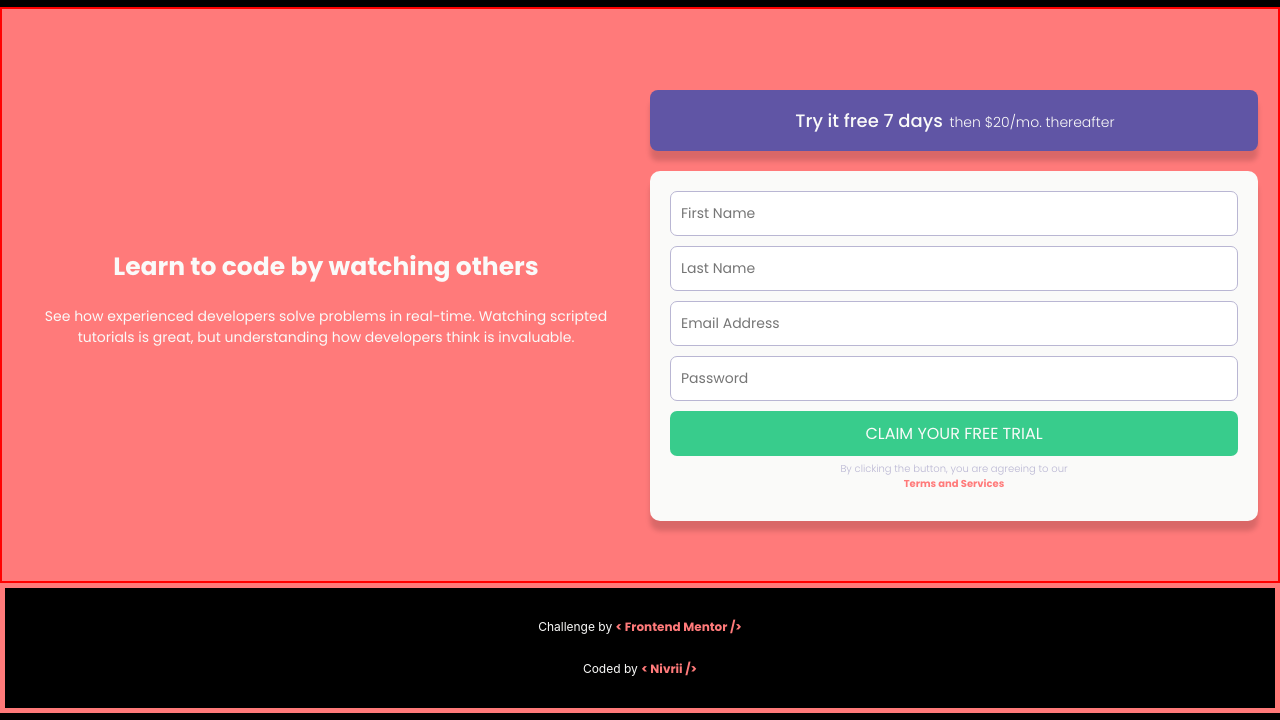
Repository: nivrii/intro-component-with-signup
Page: /
These files come from the project's save history. The page is drawn as it stood at one moment and after the next save; the edit follows.
The browser window is 1280 px wide. The pictures show the whole page.
The project was rebuilt for these pictures with package versions that can differ from the ones it lists, and the page was loaded fresh each time. Also part of the build but not shown: vite.config.js.

Above is the page before, as saved 2023-10-20 20:53:49.

### src/App.jsx
import Container from "./Container/Container";
import { Footer } from "./Footer/Footer";

import "./App.css";
import { useState } from "react";

function App() {
  const [userArray, setUserArray] = useState({});
  return (
    <div className="UI">
      <Container userArray={userArray} setUserArray={setUserArray} />
      <Footer />
    </div>
  );
}

export default App;

### src/Container/Container.jsx
/* eslint-disable react/prop-types */
import { Form } from "./Form/Form";
import { Card } from "./Card/Card";
import { Content } from "./Content/Content";

const Container = (props) => {
  const { userArray, setUserArray } = props;
  return (
    <div className="container">
      <Content />
      <div className="media__container">
        <Card />
        <Form userArray={userArray} setUserArray={setUserArray} />
      </div>
    </div>
  );
};
export default Container;

### src/Footer/Footer.jsx
import "./Footer.css";
export function Footer() {
  const frontend = '< Frontend Mentor />';
  const coder = "< Nivrii />";
  return (
    <footer>
      <p className="attribution">
        Challenge by{" "}
        <a
          href="https://www.frontendmentor.io?ref=challenge"
          target="_blank"
          rel="noreferrer"
        >
          {frontend}
        </a>
        </p>
        <p className="attribution">
         Coded by{" "}
        <a href="https://github.com/nivrii/intro-component-with-signup">
          {coder}
        </a>
      </p>
    </footer>
  );
}

### src/App.css
* {
  box-sizing: border-box;
  border: 0;
  padding: 0;
}
:root {
  /*Primary colors*/
  --red: hsl(0, 100%, 74%);
  --green: hsl(154, 59%, 51%);
  /*Accent colors*/
  --blue: hsl(248, 32%, 49%);
  --white: #fafaf9;
  /*Neutral colors*/
  --dark-blue: hsl(249, 10%, 26%);
  --grayish-blue: hsl(246, 25%, 77%);
  /*typography*/
  --fSize: 14px;
  --w4: 400;
  --w5: 500;
  --w6: 600;
  --w7: 700;
}
@font-face {
  font-family: "Poppins-bold";
  src: url(./assets/Fonts/poppins/Poppins-Bold.otf) format("opentype");
}
@font-face {
  font-family: "Poppins-regular";
  src: url(./assets/Fonts/poppins/Poppins-Regular.otf) format("opentype");
}
@font-face {
  font-family: "Poppins-medium";
  src: url(./assets/Fonts/poppins/Poppins-Medium.otf) format("opentype");
}
@font-face {
  font-family: "Poppins-light";
  src: url(./assets/Fonts/poppins/Poppins-Light.otf) format("opentype");
}
body {
  background-color: #000;
}
.UI {
  display: flex;
  flex-direction: column;
}
.container {
  display: flex;
  flex-direction: column;
  align-items: center;
  justify-content: center;
  width: 100%;
  min-height: 80vh;
  background-color: var(--red);
  padding: 50px 20px 70px;
  margin: 0;
  border: 1px solid var(--red);
}
.close {
  display: none;
}
@media screen and (min-width: 768px) {
  .container {
    display: grid;
    grid-template-columns: repeat(2, 1fr);
    padding: 20px;
    gap: 20px;
    border:2px solid red;
  }
}

### src/Container/Form/Form.jsx
/* eslint-disable no-useless-escape */
/* eslint-disable react/prop-types */
import "./Form.css";
import Success from "./Success/Success";
import { useEffect, useState } from "react";
import errorIcon from "../../../public/images/icon-error.svg";

export function Form({ userArray, setUserArray }) {
  const [fName, setFName] = useState("");
  const [lName, setLName] = useState("");
  const [email, setEmail] = useState("");
  const [password, setPassword] = useState("");

  const [fNameEmpty, setFNameEmpty] = useState(false);
  const [lNameEmpty, setLNameEmpty] = useState(false);
  const [emailEmpty, setEmailEmpty] = useState(false);
  const [emailPass, setEmailPass] = useState(false);
  const [passEmpty, setPassEmpty] = useState(false);

  const handleFirstName = (e) => {
    e.preventDefault();
    let value = e.target.value;
    value === "" ? setFNameEmpty(true) : setFNameEmpty(false);
    setFName(value);
  };
  const handleLastName = (e) => {
    e.preventDefault();
    let value = e.target.value;
    value === "" ? setLNameEmpty(true) : setLNameEmpty(false);
    setLName(value);
  };
  const handleEmail = (e) => {
    e.preventDefault();
    let value = e.target.value.trim();
    if (value === "") {
      document.querySelector(".email-input").classList.add("input-error");
      setEmailEmpty(true);
    } else {
      setEmailEmpty(false);
    }
    const regex = /^[a-zA-Z0-9._%+-]+@[a-zA-Z0-9-]+\.[a-zA-Z]{2,6}$/;
    if (!email.match(regex)) {
      document.querySelector(".email-input").classList.add("input-error");
      document.querySelector(".miss-email").classList.remove("close");
      document.querySelector(".miss-email").classList.add("err");
      setEmailPass(false);
    } else {
      document.querySelector(".email-input").classList.remove("input-error");
      document.querySelector(".miss-email").classList.add("close");
      document.querySelector(".miss-email").classList.remove("err");
      setEmailPass(true);
    }
    setEmail(value);
  };

  const handlePassword = (e) => {
    e.preventDefault();
    let value = e.target.value;
    value === "" ? setPassEmpty(true) : setPassEmpty(false);
    setPassword(value);
  };
  const handleSubmit = (e) => {
    e.preventDefault();
    if (fName === "") {
      setFNameEmpty(true);
      document.querySelector(".fName-input").classList.add("input-error");
      return;
    }
    if (lName === "") {
      setLNameEmpty(true);
      document.querySelector(".lName-input").classList.add("input-error");
      return;
    }
    if (email === "") {
      setEmailEmpty(true);
      document.querySelector(".email-input").classList.add("input-error");
      return;
    }
    if (!emailPass) {
      document.querySelector(".email-input").classList.add("input-error");
      setEmailEmpty(false);
      return;
    }
    if (password === "") {
      setPassEmpty(true);
      document.querySelector(".password-input").classList.add("input-error");
      return;
    } else {
      setEmailPass(true);
      setUserArray({
        fName: fName,
        lName: lName,
        email: email,
      });
      setFName("");
      setEmail("");
      setLName("");
      setPassword("");
      document.querySelector("form").classList.add("close");
      document.querySelector(".card__content").classList.add("close");
      document.querySelector(".content").classList.add("close");
      document.querySelector(".success").classList.remove("close");
    }
  };
  useEffect(() => {
    console.log(userArray);
  }, [userArray]);

  return (
    <>
      <form
        action="submit"
        className="form"
        onSubmit={(e) => e.preventDefault()}
      >
        <div className="input-enclose">
          {fNameEmpty && (
            <img src={errorIcon} alt="error-icon" className="error-icon" />
          )}
          <input
            type="text"
            placeholder="First Name"
            value={fName}
            name={fName}
            className="input fName-input"
            onChange={(e) => handleFirstName(e)}
            onKeyDown={() =>
              document
                .querySelector(".fName-input")
                .classList.remove("input-error")
            }
          />
          <div className="err-enclose">
            {fNameEmpty && (
              <div className=" err err-fName">First Name Cannot Be Empty</div>
            )}
          </div>
        </div>

        <div className="input-enclose">
          {lNameEmpty && (
            <img src={errorIcon} alt="error-icon" className="error-icon" />
          )}
          <input
            type="text"
            placeholder="Last Name"
            value={lName}
            name={lName}
            className="input lName-input"
            onChange={(e) => handleLastName(e)}
            onKeyDown={() =>
              document
                .querySelector(".lName-input")
                .classList.remove("input-error")
            }
          />
          <div className="err-enclose">
            {lNameEmpty && (
              <div className=" err err-lName">Last Name Cannot Be Empty</div>
            )}
          </div>
        </div>

        <div className="input-enclose">
          {emailEmpty && (
            <img src={errorIcon} alt="error-icon" className="error-icon" />
          )}

          <input
            type="email"
            placeholder="Email Address"
            value={email}
            name={email}
            className="input email-input"
            onChange={(e) => handleEmail(e)}
            onKeyDown={() => {
              document
                .querySelector(".email-input")
                .classList.remove("input-error");
              document.querySelector(".miss-email").classList.add("close");
            }}
          />
          <div className="err-enclose">
            {emailEmpty && (
              <div className="err err-email">Email Cannot Be Empty</div>
            )}
            <div className="miss-email close">
              That does not look like an email
            </div>
          </div>
        </div>

        <div className="input-enclose">
          {passEmpty && (
            <img src={errorIcon} alt="error-icon" className="error-icon" />
          )}
          <input
            type="password"
            placeholder="Password"
            value={password}
            name={password}
            className="input password-input"
            onChange={(e) => handlePassword(e)}
            onKeyDown={() =>
              document
                .querySelector(".password-input")
                .classList.remove("input-error")
            }
          />
          <div className="err-enclose">
            {passEmpty && (
              <div className="  err err-password">Password Cannot Be Empty</div>
            )}
          </div>
        </div>

        <button type="submit" className="btn" onClick={(e) => handleSubmit(e)}>
          Claim your free trial
        </button>
        <div className="pWrap">
          <p>By clicking the button, you are agreeing to our</p>
          <p>Terms and Services</p>
        </div>
      </form>
      <Success userArray={userArray} />
    </>
  );
}

### src/Container/Card/Card.jsx
import "./Card.css";
export function Card() {
  return (
      <div className="card__content">
        <p><span>Try it free 7 days </span>
        then $20/mo. thereafter</p>
      </div>
  );
}

### src/Container/Content/Content.jsx
import "./Content.css";
export function Content() {
  return (
    <div className="content">
      <h4>Learn to code by watching others</h4>
      <p>
        See how experienced developers solve problems in real-time. Watching
        scripted tutorials is great, but understanding how developers think is
        invaluable.
      </p>
    </div>
  );
}

### src/Footer/Footer.css
@import url(../App.css);

footer {
  display: flex;
  flex-direction: column;
  align-items: center;
  justify-content: center;
  width: 100%;
  height: 18vh;
  background-color: #000;
  padding: 5px;
  border: 5px solid var(--red);
  margin-top: auto;
  & .attribution {
    color: var(--white);
    font-family: "Poppins-light" sans-serif;
    font-size: 12px;
    & a {
      color: var(--red);
      font-family: "Poppins-bold", sans-serif;
      text-decoration: none;
      &:hover {
        color: var(--white);
        text-decoration: line-through;
      }
    }
  }
}

### src/Container/Form/Form.css
@import url(../../App.css);
.close {
  display: none;
}
.form {
  display: flex;
  flex-direction: column;
  background-color: var(--white);
  width: 100%;
  margin-top: 10px;
  padding: 20px;
  gap: 10px;
  border-radius: 10px;
  box-shadow: 0 10px 5px rgba(0, 0, 0, 0.15);
  & .input,
  .btn {
    height: 45px;
    width: 100%;
    border-radius: 7px;
    font-family: "Poppins-regular", sans-serif;
    -webkit-transition: 0.5s;
    transition: 0.5s;
  }
  & .input-error {
    border: 1px solid var(--red) !important;
    color: var(--red) !important;
    outline: none;
    &:focus {
      border: 2px solid var(--red) !important;
    }
    &::placeholder {
      color: var(--red);
    }
  }
  & .input-enclose {
    display: flex;
    flex-direction: column;
    .input {
      border: 1px solid var(--grayish-blue);
      padding-left: 10px;
      font-size: var(--fSize);
    }
    & .err-enclose {
      display: flex;
      justify-content: flex-end;
      align-items: center;
      & .err {
        display: flex;
        justify-content: flex-end;
        align-items:center;
        color: var(--red);
        height: 20px;
        max-height: 80px;
        width: auto;
        right: 0;
        margin-left: calc(100% - width);
        padding: 5px;
        font-size: 10px;
        font-family: "Poppins-light", sans-serif;
        background-color: var(--white);
      }
    }
    & .error-icon {
      position: absolute;
      padding: 2px;
      right: 50px;
      width: 25px;
      height: 25px;
      margin-top: 10px;
      margin-right: 10px;
    }
  }
  & .btn {
    background-color: var(--green);
    color: var(--white);
    text-transform: uppercase;
    transition-duration: 0.3s;
    transition-timing-function: ease;
    &:hover {
      transform: scale(1.05);
    }
  }
  & .pWrap {
    padding: 10px;
    text-align: center;
    margin-top: -15px;
    & * {
      margin: 0;
      font-size: 10px;
    }
    & p:nth-child(1) {
      font-family: "Poppins-light", sans-serif;
      color: var(--grayish-blue);
    }
    & p:nth-child(2) {
      font-family: "Poppins-bold", sans-serif;
      color: var(--red);
    }
  }
}

### src/Container/Form/Success/Success.jsx
/* eslint-disable react/prop-types */
import "./Success.css";
import success from "../../../assets/images/icon-success.svg";
function Success({ userArray }) {
  const { lName, fName, email } = userArray;
  const goBack =()=>{
    document.querySelector("form").classList.remove("close");
      document.querySelector(".card__content").classList.remove("close");
      document.querySelector(".content").classList.remove("close");
      document.querySelector(".success").classList.add("close");
  }
  return (
    <div className="close success">
      <img src={success} alt="success" />
      <h4>
        Hello{" "}
        <span className="span__name">
          {fName} {lName}
        </span>
      </h4>
      <p>
        We have sent a confirmation email to{" "}
        <span className="span__email">{email}</span> .
      </p>
      <p>
        Thank you for subscribing, <button className="back" onClick={goBack}>click</button> to go back{" "}
        <br />
      </p>
    </div>
  );
}

export default Success;

### src/Container/Card/Card.css
@import url(../../App.css);

.card__content{
    width: 100%;
    background-color: var(--blue);
    border-radius: 8px;
    padding: 15px 40px;
    margin: 20px 0;
    box-shadow: 0 10px 5px rgba(0, 0, 0, 0.15);
    & *{
        color: var(--white);
        text-align: center;
        margin: 2px;
    }& span{
        font-size: 18px;
        font-family: 'Poppins-medium', sans-serif;
    }
    & p{
        font-family: 'Poppins-light', sans-serif;
        font-size: var(--fSize);

    }
}

### src/Container/Content/Content.css
@import url(../../App.css);

.content {
  & * {
    color: var(--white);
    text-align: center;
  }
  & h4 {
    font-size: 25px;
    margin: 20px;
    font-family: 'Poppins-bold', sans-serif;
  }
  & p {
    font-size: var(--fSize);
    font-family: 'Poppins-regular', sans-serif;
  }
}

### src/Container/Form/Success/Success.css
@import url(../../../App.css);

.success{
    display: flex;
    flex-direction: column;
    align-items: center;
    & img{
        height: 70px;
        width: 70px;
    }
    & h4{
        color:var(--white);
        font-family: 'Poppins-light', sans-serif;
        & .span__name{
            font-family: 'Poppins-bold', sans-serif;
            text-transform: uppercase;
        }
    }
    & p{
        text-align: center;
        font-family: 'Poppins-regular', sans-serif;
        font-size: 16px;
        & button{
            padding: 5px;
            border-radius: 3px;
            background-color: transparent;
            color:var(--white);
            font-size: 16px;
            margin-top: 10px;
            &:hover{
                background-color:var(--green);
                color:var(--white);
            }
        }
        & .span__email{
            text-decoration: underline;
            font-family: 'Poppins-bold', sans-serif;
        }
    }
}

Loaded but not shown: index.html (common file); src/main.jsx (common file); src/index.css (common file)

After the next save:
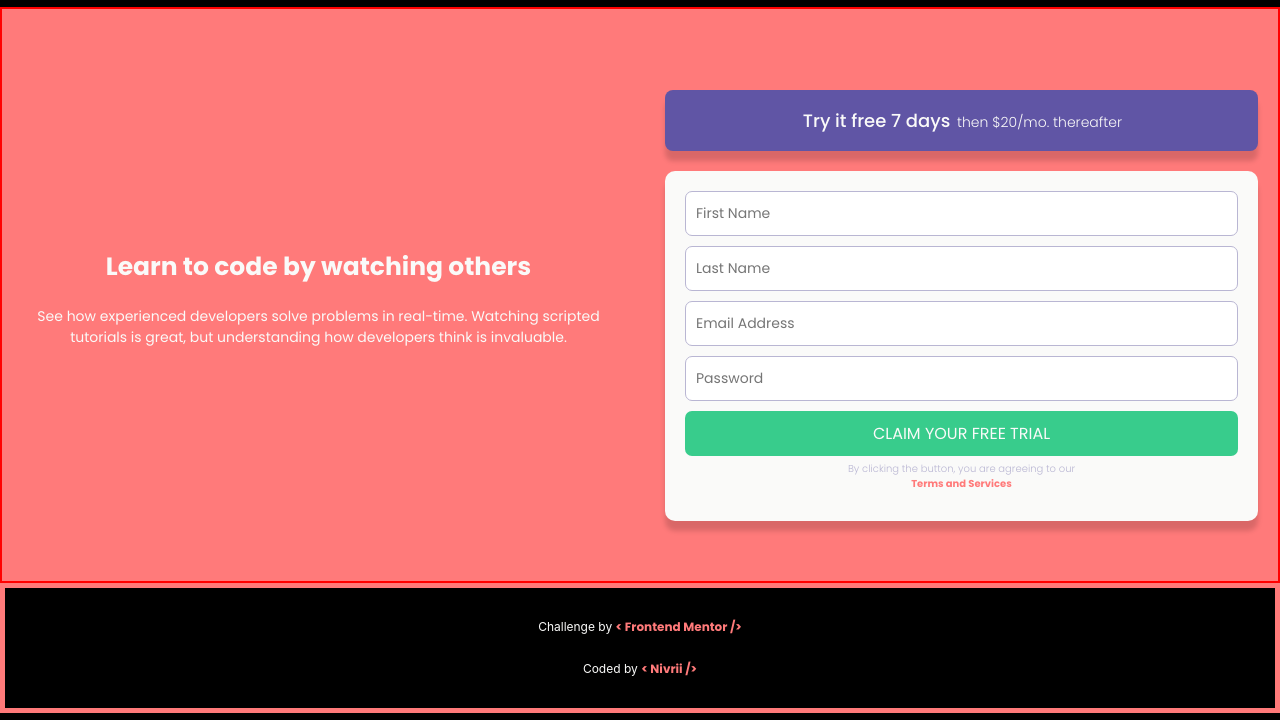
Saved 9 s later.
--- a/src/App.css
+++ b/src/App.css
@@ -63,7 +63,7 @@ body {
     display: grid;
     grid-template-columns: repeat(2, 1fr);
     padding: 20px;
-    gap: 20px;
+    gap: 50px;
     border:2px solid red;
   }
 }
